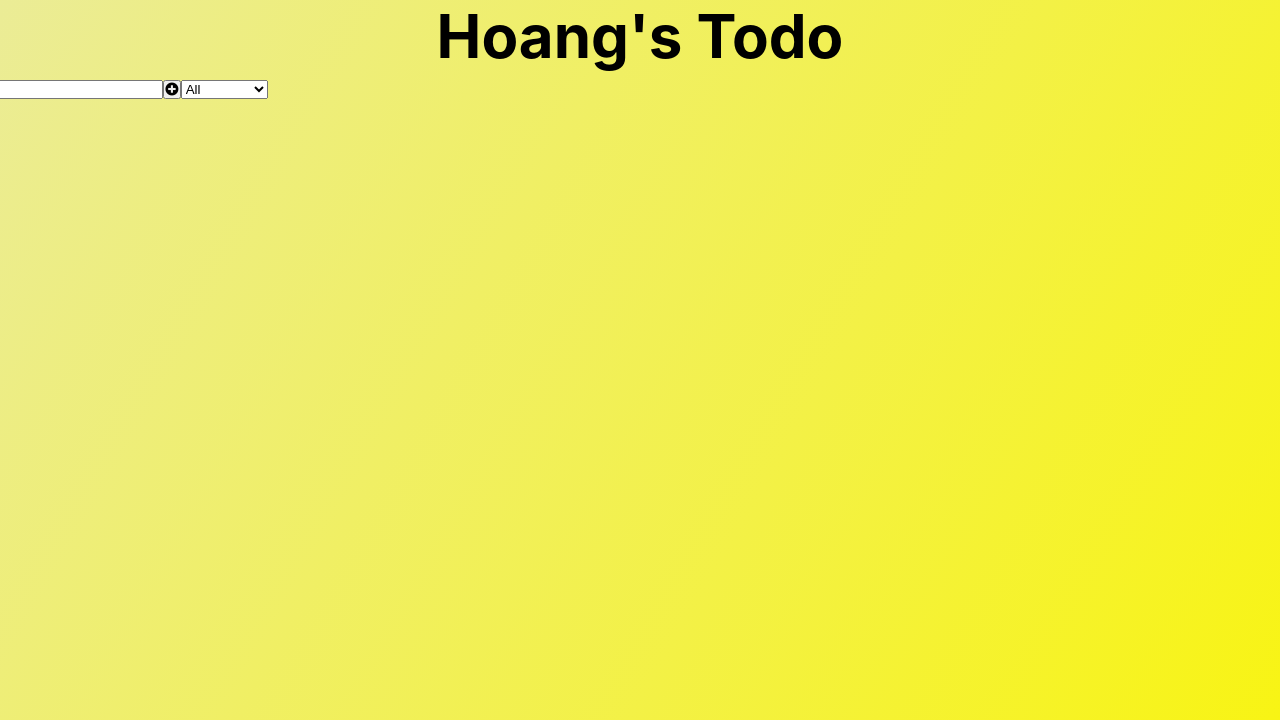
Repository: DinhHoang0607/TodoReact
Page: /
These files come from the project's save history. The page is drawn as it stood at one moment and after a run of saves; the edit follows.
The browser window is 1280 px wide. The pictures show the whole page.
Some web libraries are served in a nearby version. The project was rebuilt for these pictures with package versions that can differ from the ones it lists, and the page was loaded fresh each time.

Above is the page before, as saved 2021-09-09 18:10:58.

After the next 3 saves:
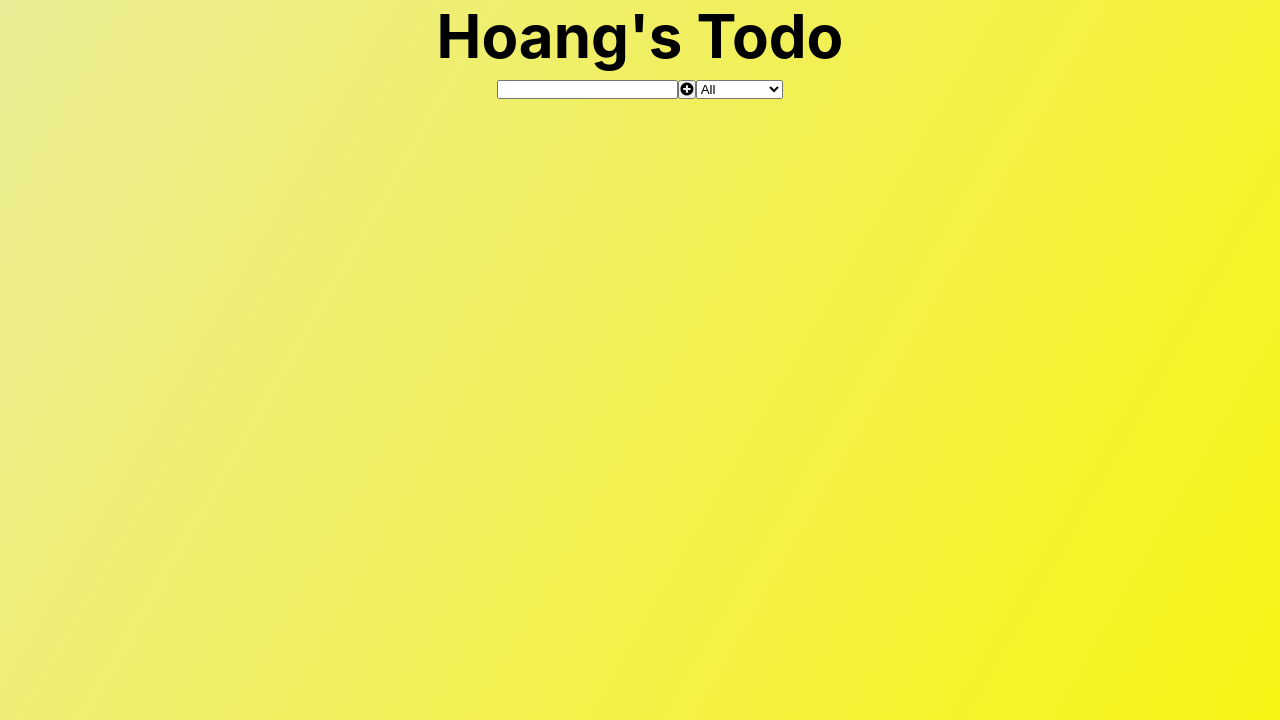
The 3 saves are shown as one change because they came seconds apart.
The last was saved 28 s later.
--- a/src/App.css
+++ b/src/App.css
@@ -24,7 +24,7 @@
   align-items: center;
 }
 form{
-  width: 25rem;
+  /* width: 25rem; */
   height: 3.5rem;
 
 }

After the save that followed:
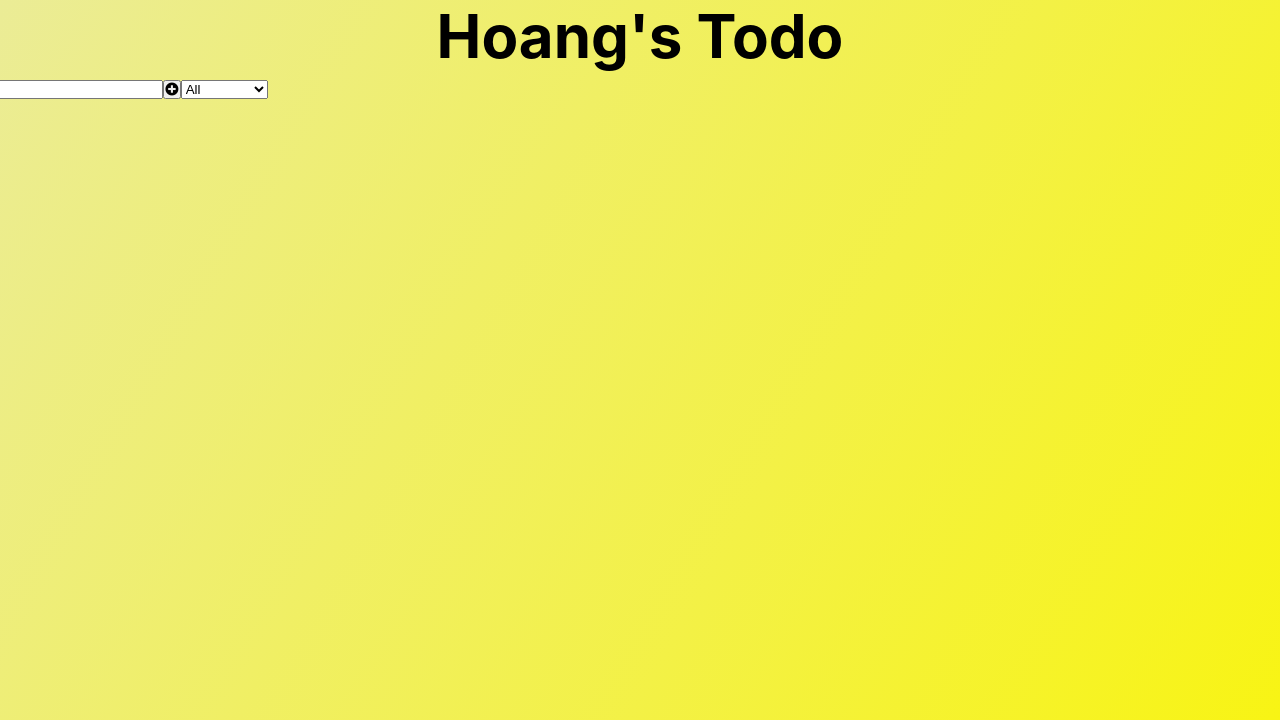
Saved 9 s later.
--- a/src/App.css
+++ b/src/App.css
@@ -24,7 +24,7 @@
   align-items: center;
 }
 form{
-  /* width: 25rem; */
+  width: 25rem;
   height: 3.5rem;
 
 }
